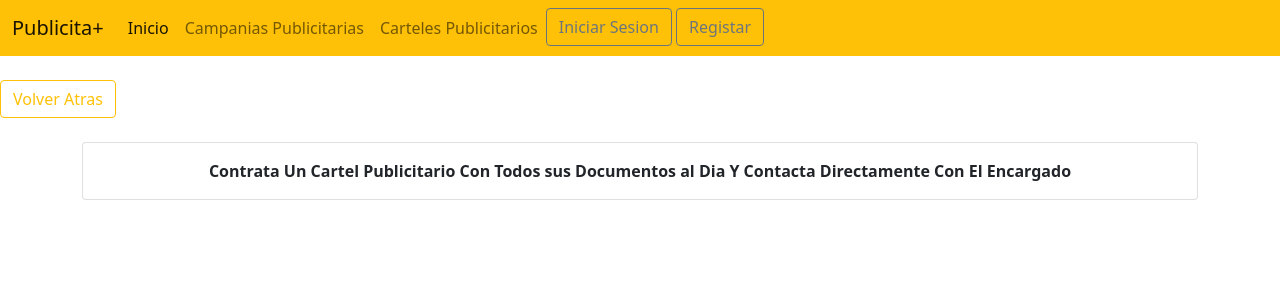
Repository: programador23/PublicitaMasWebVersionFinal
Page: http://localhost/carteles/listacarteles
These files come from the project's save history. The page is drawn as it stood at one moment and after the next save; the edit follows.
The browser window is 1280 px wide. The pictures show the whole page.
The page is this project's Thymeleaf template; nobody is signed in. The template is opened directly, without the code that normally fills it, so the values that code supplies are empty.

Above is the page before, as saved 2021-07-08 01:56:28.

### PublicitaMasWeb-master/src/main/resources/templates/carteles/listacarteles.html
<!DOCTYPE html>
<html xmlns:th="http://www.thymeLeaf.org">

<head>
	<meta charset="ISO-8859-1">
	<title>Lista de Carteles</title>
	<link href="https://cdn.jsdelivr.net/npm/bootstrap@5.0.0-beta2/dist/css/bootstrap.min.css" rel="stylesheet"
		integrity="sha384-BmbxuPwQa2lc/FVzBcNJ7UAyJxM6wuqIj61tLrc4wSX0szH/Ev+nYRRuWlolflfl" crossorigin="anonymous">

		<script src="https://cdn.jsdelivr.net/npm/bootstrap@5.0.2/dist/js/bootstrap.bundle.min.js" integrity="sha384-MrcW6ZMFYlzcLA8Nl+NtUVF0sA7MsXsP1UyJoMp4YLEuNSfAP+JcXn/tWtIaxVXM" crossorigin="anonymous"></script>


</head>
<header th:replace="NavbarGeneral :: header"></header>

<br>
<div class="btn-group" role="group" aria-label="Basic outlined example">
<a href="javascript:history.back()" class="btn btn-outline-warning" aria-current="page">Volver Atras</a>
</div>
<br>

<body>



<div class="container mt-4">
<div class="card">
  <div class="card-body text-center" >
    <b>Contrata Un Cartel Publicitario Con Todos sus Documentos al Dia Y Contacta Directamente Con El Encargado </b>
  </div>
</div>
<br>

<div class="row">
 <td th:each="cartelpublicitarios:${cartelpublicitarios}">
<div class="card" style="width: 18rem;">
  <div class="card-body">
  <img th:src="@{'/recursos/' + ${cartelpublicitarios.image}}" class="card-img-top" alt="">
    <h5 class="card-title" th:text="${cartelpublicitarios.titulo} ">Card title</h5>
    Comuna<p class="card-text" th:text="${cartelpublicitarios.comuna}"></p>
    Direccion<p class="card-text" th:text="${cartelpublicitarios.direccion}"></p>
    Precio<p class="card-text" th:text="${cartelpublicitarios.precio}"></p>
    <a th:href="@{detallecartel/}+${cartelpublicitarios.id}" class="btn btn-warning">Ver Publicacion</a>
  </div>

</div>
<br>
</td>
</div>
</div>
</body>

</html>

### PublicitaMasWeb-master/src/main/resources/templates/NavbarGeneral.html
<link href="https://cdn.jsdelivr.net/npm/bootstrap@5.0.1/dist/css/bootstrap.min.css" rel="stylesheet" integrity="sha384-+0n0xVW2eSR5OomGNYDnhzAbDsOXxcvSN1TPprVMTNDbiYZCxYbOOl7+AMvyTG2x" crossorigin="anonymous">
<html xmlns:sec="http://www.thymeleaf.org/extras/spring-security">

<header>
	<nav class="navbar navbar-expand-lg navbar-light bg-warning">
  <div class="container-fluid">
    <a class="navbar-brand" href="#">Publicita+</a>
    <button class="navbar-toggler" type="button" data-bs-toggle="collapse" data-bs-target="#navbarNavAltMarkup" aria-controls="navbarNavAltMarkup" aria-expanded="false" aria-label="Toggle navigation">
      <span class="navbar-toggler-icon"></span>
    </button>
    <div class="collapse navbar-collapse" id="navbarNavAltMarkup">
      <div class="navbar-nav">
        <a class="nav-link active" aria-current="page" href="/index">Inicio</a>
        <a class="nav-link" href="/listarPublicidad">Campanias Publicitarias</a>
		  <a class="nav-link" href="/listacarteles">Carteles Publicitarios</a>

              <ul class="navbar-nav mr-auto">
        <li sec:authorize="!isAuthenticated()">
      <a class="btn btn-outline-secondary" th:href="@{/login}">Iniciar Sesion</a>
      <a class="btn btn-outline-secondary" >Registar</a>
      </li>
          </ul>


      </div>
    </div>
  </div>
</nav>
</header>

After the next save:
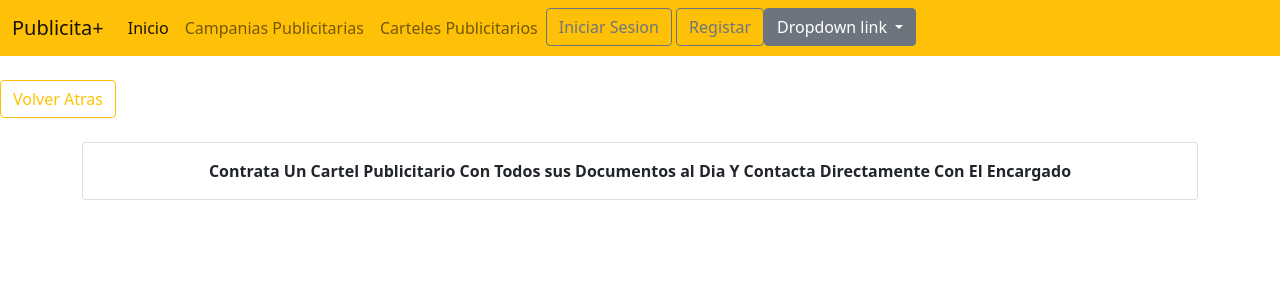
Saved 3 min 18 s later.
--- a/PublicitaMasWeb-master/src/main/resources/templates/NavbarGeneral.html
+++ b/PublicitaMasWeb-master/src/main/resources/templates/NavbarGeneral.html
@@ -19,6 +19,19 @@
       <a class="btn btn-outline-secondary" th:href="@{/login}">Iniciar Sesion</a>
       <a class="btn btn-outline-secondary" >Registar</a>
       </li>
+      <li class="dropdown">
+  <a class="btn btn-secondary dropdown-toggle" href="#" role="button" id="dropdownMenuLink" data-bs-toggle="dropdown" aria-expanded="false">
+    Dropdown link
+  </a>
+
+  <ul class="dropdown-menu" aria-labelledby="dropdownMenuLink">
+    <li><a class="dropdown-item" href="#">Action</a></li>
+    <li><a class="dropdown-item" href="#">Another action</a></li>
+    <li><a class="dropdown-item" href="#">Something else here</a></li>
+  </ul>
+</li>
+
+
           </ul>
 
 
